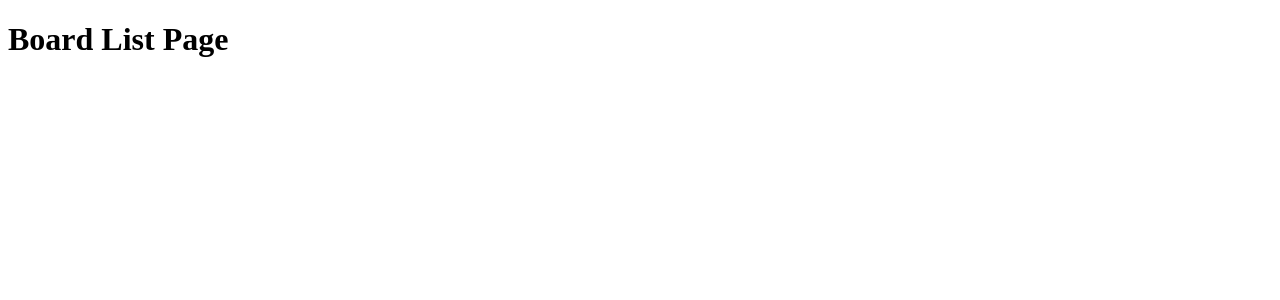
Repository: csk3830/jsp
Page: http://localhost/jsp_study/board/list.jsp
The author's editor kept a copy of each file at every save. The page is drawn from the files as they stood at one save, then again after a run of saves.
The browser window is 1280 px wide. The pictures show the whole page.
The page is served by Tomcat 9.

Above is the page before, as saved 2024-10-22 07:16:01.

After the next 2 saves:
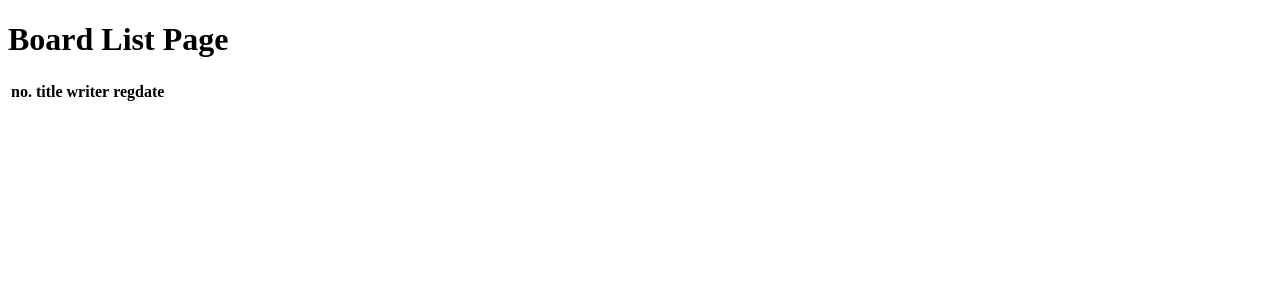
The 2 saves are shown as one change because they came seconds apart.
The last was saved 17 s later.
--- a/jsp_study/src/main/webapp/board/list.jsp
+++ b/jsp_study/src/main/webapp/board/list.jsp
@@ -11,12 +11,13 @@
 	<table>
 		<thead>
 			<tr>
-				<th> </th>
-				<th> </th>
-				<th> </th>
-				<th> </th>
+				<th>no.</th>
+				<th>title</th>
+				<th>writer</th>
+				<th>regdate</th>
 			</tr>
 		</thead>
+		<tbody></tbody>
 	</table>
 
 </body>
